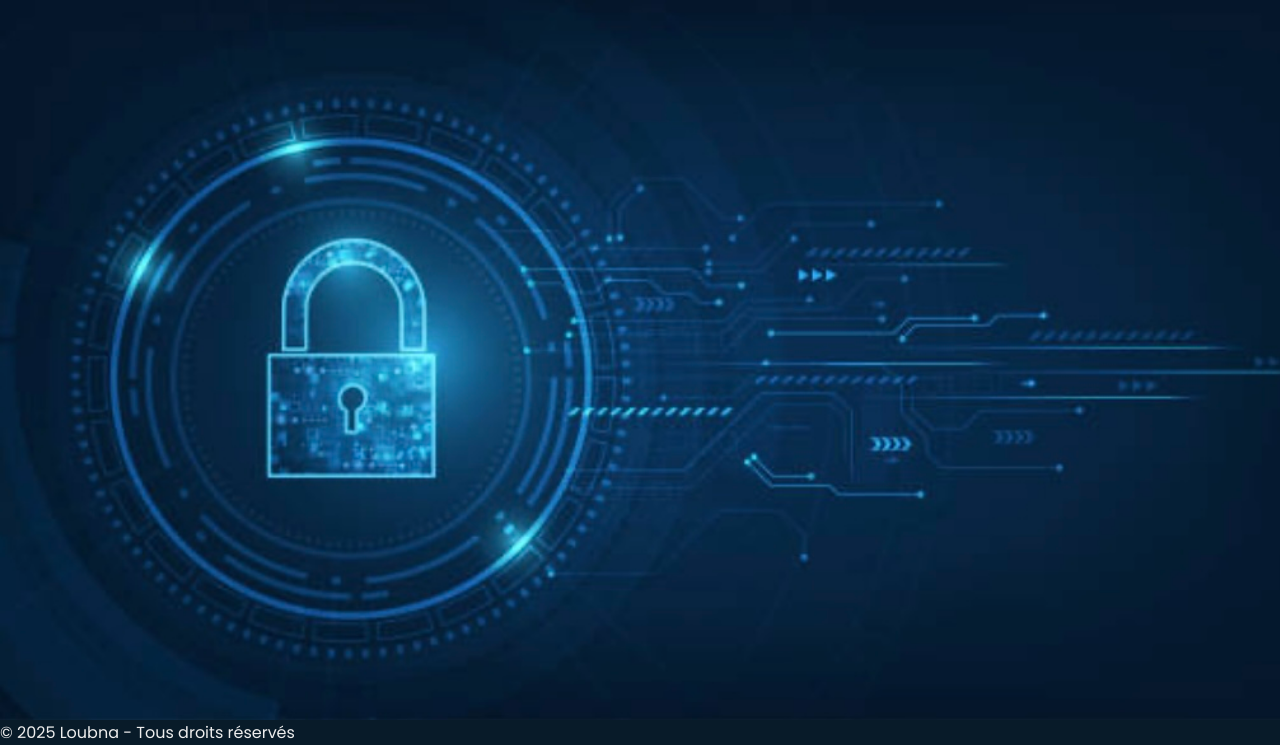
Repository: Loubna77290/Portfolio-de-Loubna
Page: footer.html
The author's editor kept a copy of each file at every save. The page is drawn from the files as they stood at one save, then again after the next save.
The browser window is 1280 px wide. The pictures show the whole page.

Above is the page before, as saved 2025-03-09 23:51:19.

### footer.html
<!DOCTYPE html>
<html lang="en">
<head>
    <meta charset="UTF-8">
    <meta name="viewport" content="width=device-width, initial-scale=1.0">
    <title>Document</title>
    <link rel="stylesheet" href="style.css">

    <body>
        <section class="footer-background">
    </body>
</section>
<footer>
    <p>&copy; 2025 Loubna - Tous droits réservés </p>



</footer>
</html>

### style.css
@import url('https://fonts.googleapis.com/css2?family=Poppins:wght@300;400;500;600;700;800;900&display=swap');

* {
    margin: 0;
    padding: 0;
    box-sizing: border-box;
    font-family: 'Poppins', sans-serif;

}

body {
    background: #081b29;
    color: #ededed;

}

.header {
    position:fixed;
    top: 0;
    left:0;
    width: 100%;
    padding: 20px 10px;
    background: transparent;
    display: flex;
    justify-content: space-between;
    align-items: center;
    z-index: 100;
}


.logo {
    position: relative;
    margin-left: 30px;
    font-size: 25px;
    color: #ededed;
    text-decoration: none;
    font-weight: 600;

}

.logo::before {
    content: '';
    position: absolute;
    top: 0;
    right: 0;
    width: 100%;
    height: 100%;
    background: #081b29b6;
    animation: showRight 1s ease forwards;
    animation-delay: .4s;;
}

.navbar a {
    font-size: 18px;
    color: #ededed;
    text-decoration: none;
    font-weight: 500;
    margin-right: 60px;
    justify-content: flex-end;
    transition: .3s;

}

.navbar a:hover,
.navbar a.active {
    color: #00abf0;

}

.accueil {
    height: 100vh;
    background: url(./IMG_7408.jpg) no-repeat center center;
    background-size: cover;
    display: flex;
    align-items: center;
    padding: 0 10%;
}

.accueil-contenu {
    background: transparent;
    max-width: 600px;


    }

.accueil-contenu h2 {
    font-size: 45px;
    font-weight: 700;
    line-height: 1.2;
    white-space: nowrap;
}

.accueil-contenu h2::before {
    content: '';
    position: absolute;
    top: 0;
    right: 0;
    width: 100%;
    height: 100%;
    background: #081b29;
    animation: showRight 1s ease forwards;
    animation-delay: 1s;
}

.accueil-contenu h3 {
    font-size: 30px;
    font-weight: 600;
    color: #0ff;

}

.accueil-contenu p {
    font-size: 16px;
    margin: 20px  0 40px;
    line-height: 1.2;
}

.accueil-contenu .btn-box {
    position: relative;
    display: flex;
    justify-content: space-between;
    width: 380px;
    height: 60px;

}

.accueil-contenu .btn-box::before {
    content: '';
    position: absolute;
    top: 0;
    right: 0;
    width: 100%;
    height: 100%;
    background: #081b294d;
    animation: showRight 1s ease forwards;
    animation-delay: 1.9s;
    z-index: 2;
}

.btn-box a {
    position: relative;
    display: inline-flex;
    justify-content: center;
    align-items: center;
    width: 150px;
    height: 110%;
    background: #00abf0;
    border: 2px solid #00abf0;
    border-radius: 8px;
    font-size: 19px;
    color: #081b29;
    text-align: center;
    text-decoration: none;
    font-weight: 600;
    letter-spacing: 1px;
    z-index: 1;
    overflow: hidden;
    transition: .5s;
}

.btn-box a:hover {
    color: #00abf0;

}

.btn-box a:nth-child(2) {
    background: transparent;
    color:#00abf0
}

.btn-box a:nth-child(2):hover {
    color:#081b29;
}


.btn-box a:nth-child(2)::before {
    background: #00abf0;
    }

.btn-box a::before {
    content: '';
    position: absolute;
    top: 0;
    left: 0;
    width: 0;
    height: 100%;
    background: #081b29;
    z-index: -1;
    transition: .5s;
}

.btn-box a:hover::before {
    width: 100%;
    }

.home-sci {
    position: absolute;
    bottom: 1px;
    width: 150px;
    display: flex;
    justify-content: space-between;
}

.home-sci::before {
    content: '';
    position: absolute;
    top: 0;
    right: 0;
    width: 100%;
    height: 100%;
    background: #081b29;
    animation: showRight 1s ease forwards;
    animation-delay: 2.5s;
    z-index: 2;
}

.home-sci a {
    position: relative;
    display: inline-flex;
    justify-content: center;
    align-items: center;
    width: 40px;
    height: 40px;
    background: transparent;
    border: 2px solid #00abf0;
    border-radius: 50%;
    font-size: 20px;
    text-decoration: none;
    z-index: 1;
    overflow: hidden;
    transition: .5s;
    color: #00abf0;
}

.home-sci a:hover {
    color: #081b29;

}
.home-sci a::before {
    content: '';
    position: absolute;
    top: 0;
    left: 0;
    width: 0;
    height: 100%;
    background:#00abf0;
    transition: .5s;
    z-index: -1;
}

.home-sci a:hover::before {
    width: 100%;
}

/* KEYFRAMES ANIMATION */
@keyframes showRight {
    100% {
        width: 0;
    }
}

.contact-background  {
    background: url('/IMG_7400.jpg');
    height: 100vh;
    background-size: cover;
    display: flex;
}


.footer-background  {
    background: url('/IMG_7400.jpg');
    height: 100vh;
    background-size: cover;
    display: flex;
}

.footer .h2 {
    background-color: aliceblue;
}

After the next save:
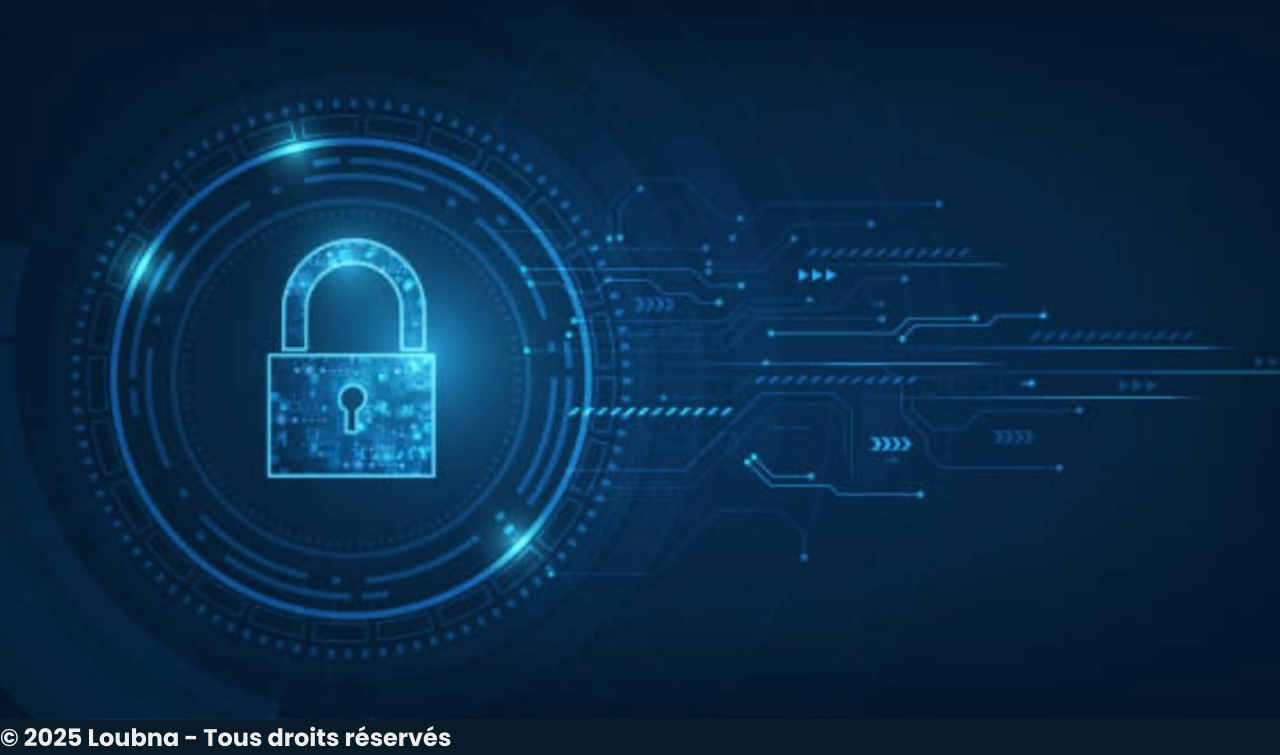
Saved 3 s later.
--- a/footer.html
+++ b/footer.html
@@ -11,9 +11,7 @@
     </body>
 </section>
 <footer>
-    <p>&copy; 2025 Loubna - Tous droits réservés </p>
-
-
+    <p> <h2>&copy; 2025 Loubna - Tous droits réservés </p></h2>
 
 </footer>
 </html>
